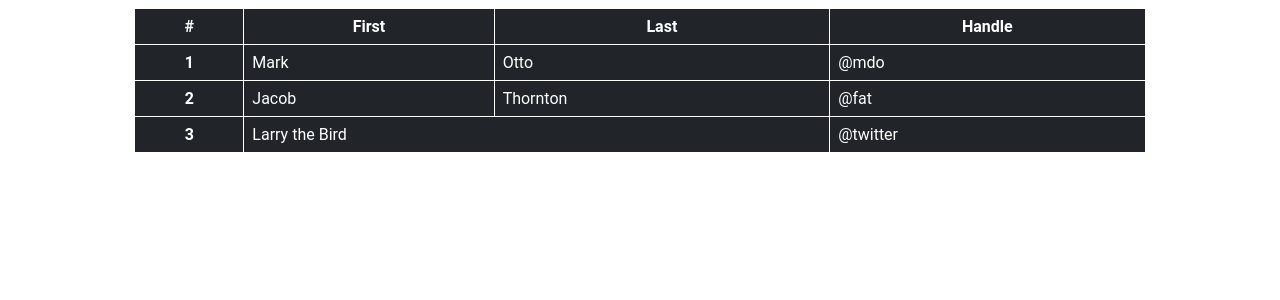
Repository: ThuatDev/BTVN_FE_JUNE
Page: index.html
The author's editor kept a copy of each file at every save. The page is drawn from the files as they stood at one save, then again after the next save.
The browser window is 1280 px wide. The pictures show the whole page.

Above is the page before, as saved 2023-08-02 15:22:10.

After the next save:
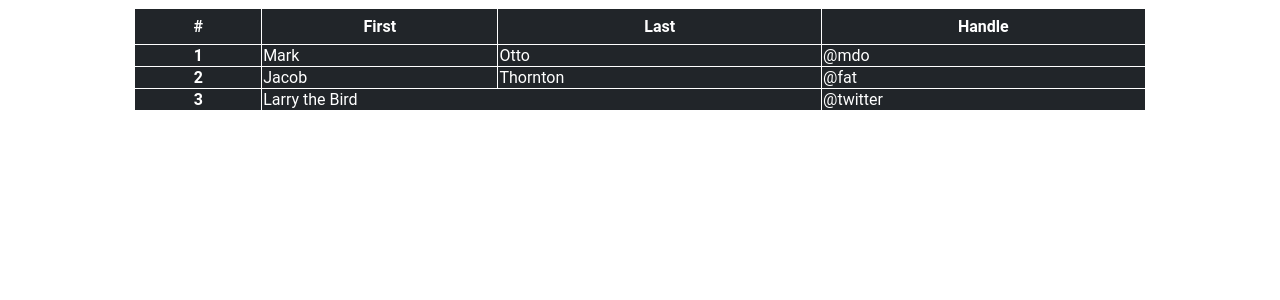
Saved 67 s later.
--- a/index.html
+++ b/index.html
@@ -46,23 +46,6 @@
         color: #fff;
         border-collapse: collapse;
       }
-
-      /* Các quy tắc CSS khác giữ nguyên như trong câu hỏi trước */
-      .table th {
-        font-weight: bold;
-        color: #fff;
-      }
-
-      .table td {
-        color: #fff;
-      }
-
-      .table th,
-      .table td {
-        border: 1px solid #fff;
-        padding: 8px;
-      }
-
       .table thead th {
         padding: 8px;
       }

After the save that followed:
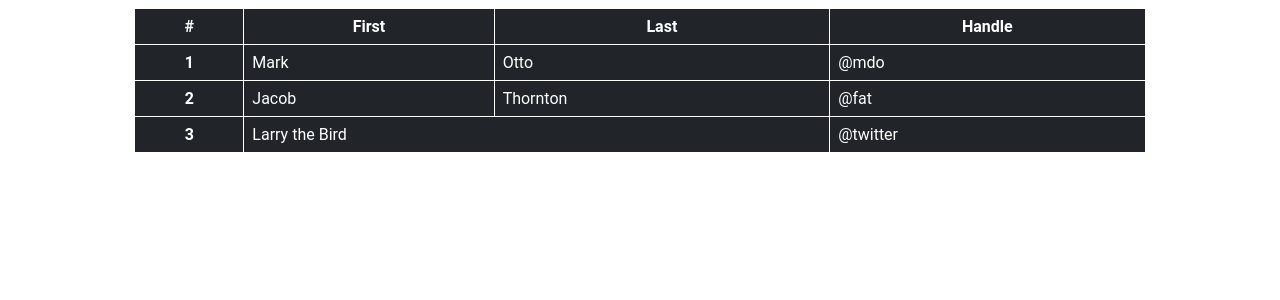
Saved 19 s later.
--- a/index.html
+++ b/index.html
@@ -46,6 +46,15 @@
         color: #fff;
         border-collapse: collapse;
       }
+
+      /* Các quy tắc CSS khác giữ nguyên như trong câu hỏi trước */
+
+      .table th,
+      .table td {
+        border: 1px solid #fff;
+        padding: 8px;
+      }
+
       .table thead th {
         padding: 8px;
       }
